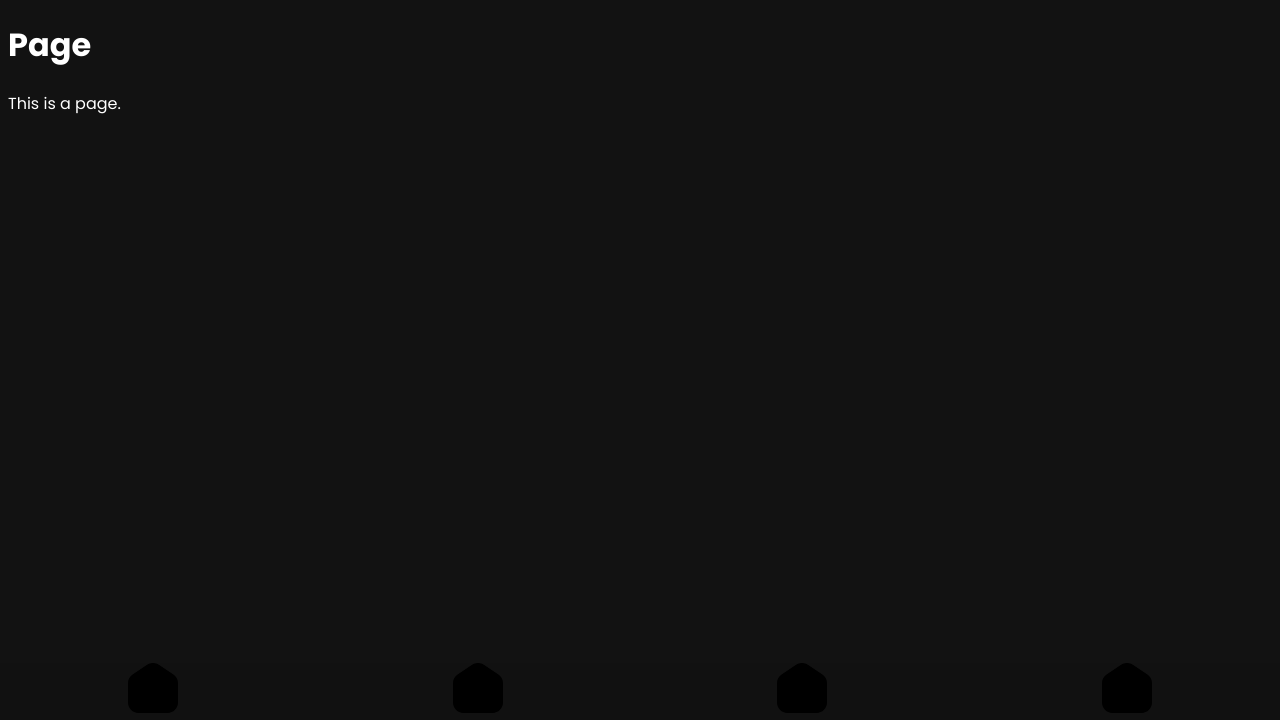
Repository: NubbDev/anime-frontend
Page: /
The author's editor kept a copy of each file at every save. The page is drawn from the files as they stood at one save, then again after the next save.
The browser window is 1280 px wide. The pictures show the whole page.
The project was rebuilt for these pictures with package versions that can differ from the ones it lists, and the page was loaded fresh each time. The framework's server and built-in components were replaced by stand-ins that run in the browser. Also part of the build but not shown: svelte.config.js, vite.config.js.

Above is the page before, as saved 2024-08-08 01:31:16.

After the next save:
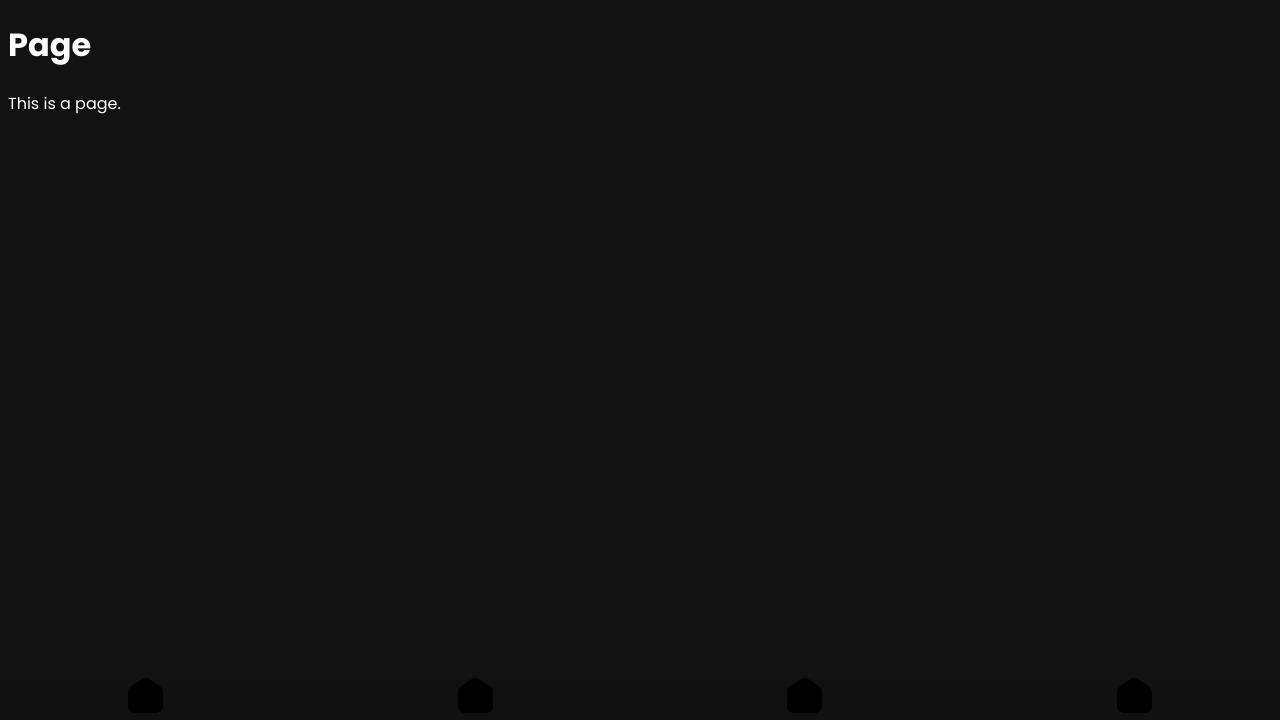
Saved 17 s later.
--- a/src/components/navigation/NavBar.svelte
+++ b/src/components/navigation/NavBar.svelte
@@ -66,7 +66,7 @@
     }
 
     nav a img {
-        width: 50px;
-        height: 50px;
+        width: 35px;
+        height: 35px;
     }
 </style>
